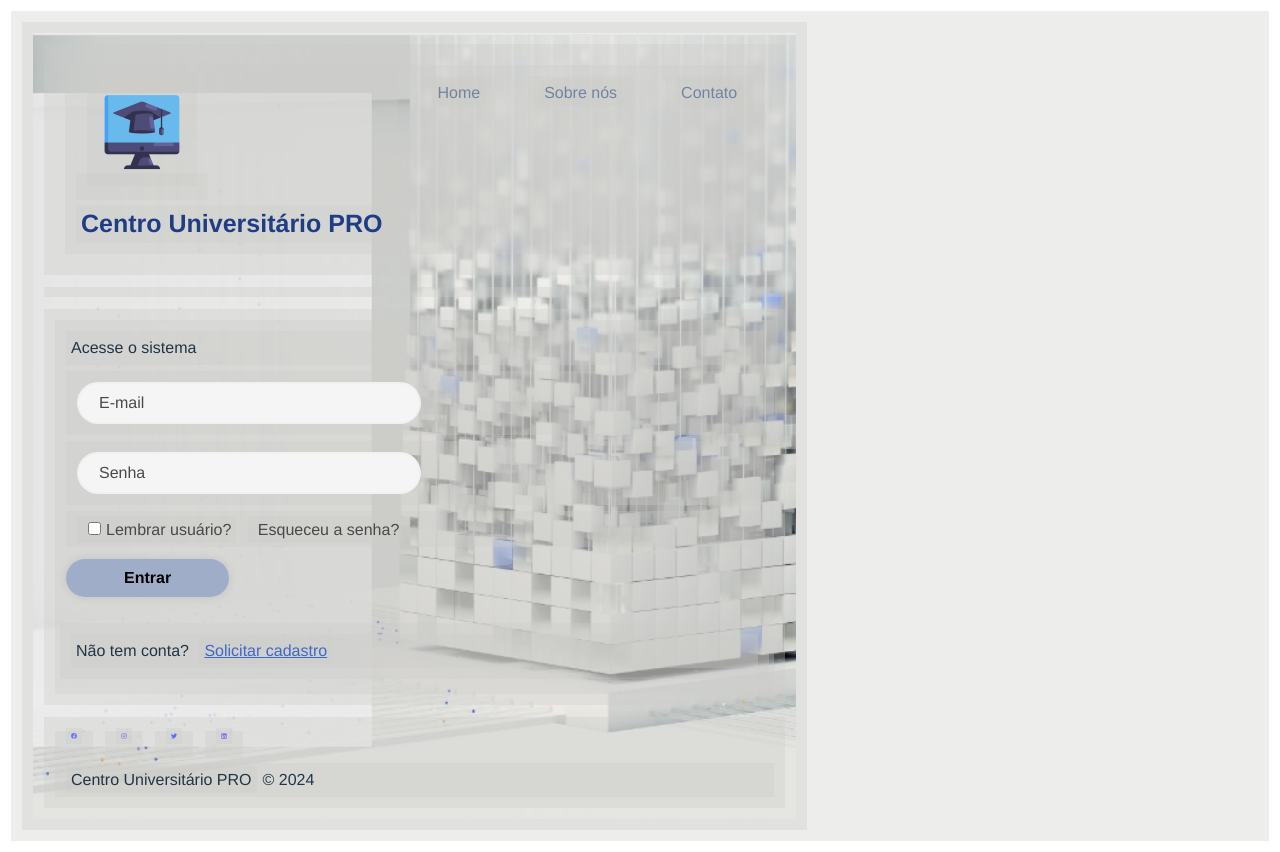
Repository: DanuziaRA/Cadastros-de-Usuarios
Page: /
The author's editor kept a copy of each file at every save. The page is drawn from the files as they stood at one save, then again after the next save.
The browser window is 1280 px wide. The pictures show the whole page.
The project was rebuilt for these pictures with package versions that can differ from the ones it lists, and the page was loaded fresh each time. Also part of the build but not shown: vite.config.js, src/components/Footer.css, src/router/Contact.jsx, src/router/ErrorPage.jsx, src/router/ContactDetails.jsx, src/router/Company.jsx, src/router/Forget.jsx.

Above is the page before, as saved 2024-10-01 12:27:13.

### src/main.jsx
import { StrictMode } from 'react'
import { createRoot } from 'react-dom/client'
import App from './App.jsx'
import './index.css'

import {createBrowserRouter, RouterProvider,Navigate} from 'react-router-dom';

  import Contact from './router/Contact.jsx';
  import ErrorPage from './router/ErrorPage.jsx';
  import ContactDetails from './router/ContactDetails.jsx';
  import Login from './router/Login.jsx';
  import Company from './router/Company.jsx';
  import Forget from './router/Forget.jsx';


  const router = createBrowserRouter([
        {
      path: "/",
      element: <App/>,
      errorElement: <ErrorPage />,
      children: [
        {
          path: "/",
          element:<Login />,
        },
        {
          path: "empresa",
          element:<Company />,
        },
        {
          path: "contact",
          element:<Contact />,
        },
        //Nested routes - identificando unico
        {
          path: "/contact/:id",
          element: <ContactDetails />,
        },
        {
          path: "forget",
          element: <Forget />,
        },
        //Navigate para página não existentes
        {
          path: "oldcontact",
          element: <Navigate to="/contact" />,
        },
      ],
    },
    ]);


createRoot(document.getElementById('root')).render(
  <StrictMode>
    <RouterProvider router={router} />
  </StrictMode>,
);

### src/App.jsx
import './App.css'

import { Outlet } from 'react-router-dom';
import Navbar from './components/Navbar';
import Footer from './components/Footer'


function App() {
  return (
      <div className='App'>
        <Navbar />
        <h1></h1>
        <Outlet />
        <Footer />

    </div>
  );
}

export default App;

### src/router/Login.jsx
import { useState } from "react";

import "./Login.css";

const Login = () => {

const [username, setUsername] = useState("");
const [password, setpassword] = useState("");

const handleSubmit = (event) => {
event.preventDefault();

alert("Enviando os dados");

console.log("teste", username,password);
console.log("Envio");
};

    return (

    <div className="container">
        <form onSubmit={handleSubmit}>
            <p>Acesse o sistema</p>
            <div className="input-field">
            <input type="email"
            placeholder = "E-mail"
            required
            onChange={(e) => setUsername(e.target.value)}/>
            </div>
            <div className="input-field">
            <input type="password"
            placeholder = "Senha"
            required
            onChange={(e) => setpassword(e.target.value)}/>
            </div>

            <div className="recall-forget">
                <label>
                    <input type="checkbox" />
                    Lembrar usuário?
                    </label>
                <a href="/forget"> Esqueceu a senha?</a>
                </div>

            <button>Entrar</button>
            <div className="signup-link">
                <p>Não tem conta? <a href="contact/:id">Solicitar cadastro</a></p>
            </div>
        </form>
        </div>
    )
}

export default Login

### src/App.css
* {
  box-sizing: border-box;
  margin: 6px;
  padding: 5px;
  font-family: Helvetica;
  font-size: 16px;
  text-shadow: #0c0c0c 0.5px;
  background-color:rgba(202, 201, 200, 0.342);
}
.App{
  display: flex;
  flex-direction: column;
  flex-grow: 1;
  justify-content: center;
  align-items: left;
  background-image: url("src/assets/fundo cadastro.jpg");
  background-size: cover;
  background-position: center;
}

### src/components/Navbar.jsx
import { Link } from "react-router-dom"
import logo from './../assets/LOGO novo.png'
import { Component } from "react";
import './Navbar.css';


const Navbar = () => {
    return (
    <nav className="navbar">
        <div className="navbar-logo">
        <Link to="/">
            <img src={logo} alt=""/>
            </Link>
            <h1>Centro Universitário PRO</h1>
            </div>
            <ul className="navbar-links">
            <li><a href="/">Home</a></li>
            <li><a href="/Company">Sobre nós</a></li>
            <li><a href= "/Contact">Contato</a></li>
            </ul>
    </nav>
    )
}

export default Navbar

### src/components/Footer.jsx
import { FaFacebook, FaInstagram,FaTwitter,FaLinkedin } from "react-icons/fa"
import { Link } from "react-router-dom";
import './Footer.css';

function Footer(){
    return (
        <nav>
            <Link to="https://www.facebook.com/?locale=pt_BR">
            < FaFacebook alt=""/>
            </Link>
            <Link to="https://www.instagram.com/">
            < FaInstagram alt=""/>
            </Link>
            <Link to="/">
            < FaTwitter alt=""/>
            </Link>
            <Link to="https://www.linkedin.com.br">
            < FaLinkedin alt=""/>
            </Link>
            <p><span>Centro Universitário PRO</span>&copy; 2024</p>
            </nav>


    );

}
export default Footer

### src/router/Login.css
.input-field input{
    width: 50%;
    height: 70%;
    background-color: #f5f5f5;
    outline: none;
    border: 2px solid rgba(224, 222, 222, 0.2);
    border-radius: 40px;
    font-size: 16px;
    color: #070000;
    padding: 10px 20px;
}
.input-field input::placeholder{
color: #494949;
}

.container .recall-forget{
display: left;
justify-content: space-between;
font-size: 15px;
margin: -px 0 20px;
}
.recall-forget label{
color: #494949;
}
.recall-forget input{
margin-right: 5px;
}
.recall-forget a, .signup-link p a{
color: #494949;
text-decoration: none;
}
.recall-forget a:hover, .signup-link p a{
text-decoration: underline;
}
.container button{
width: 23%;
height: 500%;
font-size: 16px;
padding: 10px 20px;
background-color:#9aa8c8e1;
border: none;
outline: none;
border-radius: 500px;
box-shadow: 0 0 10px rgba(0,0,0,0.1);
cursor: pointer;
font-weight: 600;
text-shadow: none;
}
.container .signup-link{
font-size: 15px;
text-align: left;
margin: 20px 0 10px;
}
.signup-link p a{
color:#2d5ac4e1;
}

### src/components/Navbar.css
.navbar{
    display: flex;
    justify-content: space-between;
    padding: 15px;
    align-items: left;
}
.navbar-logo h1{
    color: #06297ae1;
    font-size: 25px;
    align-items: center;


}
.navbar-links {
list-style-type: none;
display: flex;
gap: 20px;
align-items: left;

}
.navbar li{
    display: inline;
    }
.navbar-links li a {
    color: #67789ee1;
    text-decoration: none;
}
.navbar-links li a:hover{
    color:#ddd;
}

Loaded but not shown: index.html (common file); src/index.css (common file)

After the next save:
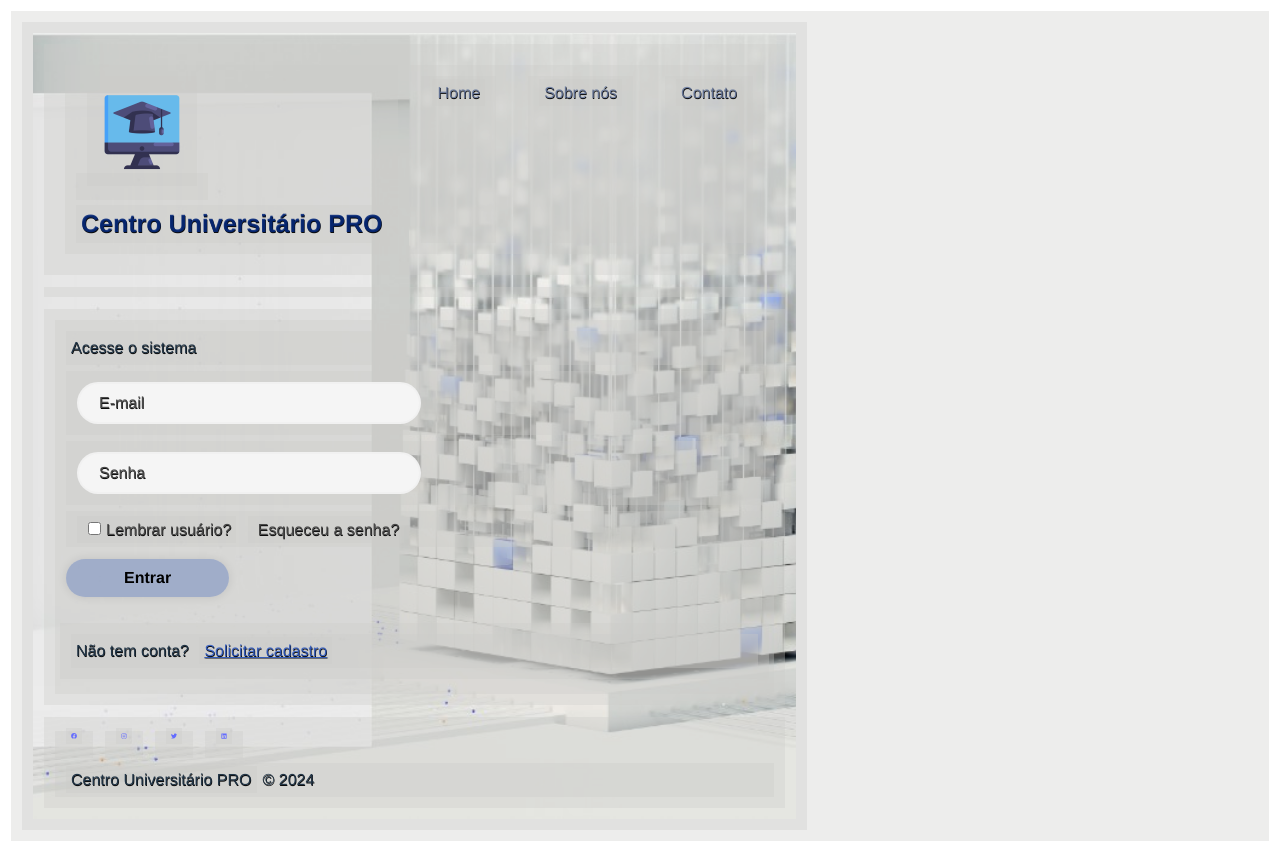
Saved 5 s later.
--- a/src/App.css
+++ b/src/App.css
@@ -4,7 +4,7 @@
   padding: 5px;
   font-family: Helvetica;
   font-size: 16px;
-  text-shadow: #0c0c0c 0.5px;
+  text-shadow: #0c0c0c 0.5px 0.5px;
   background-color:rgba(202, 201, 200, 0.342);
 }
 .App{
